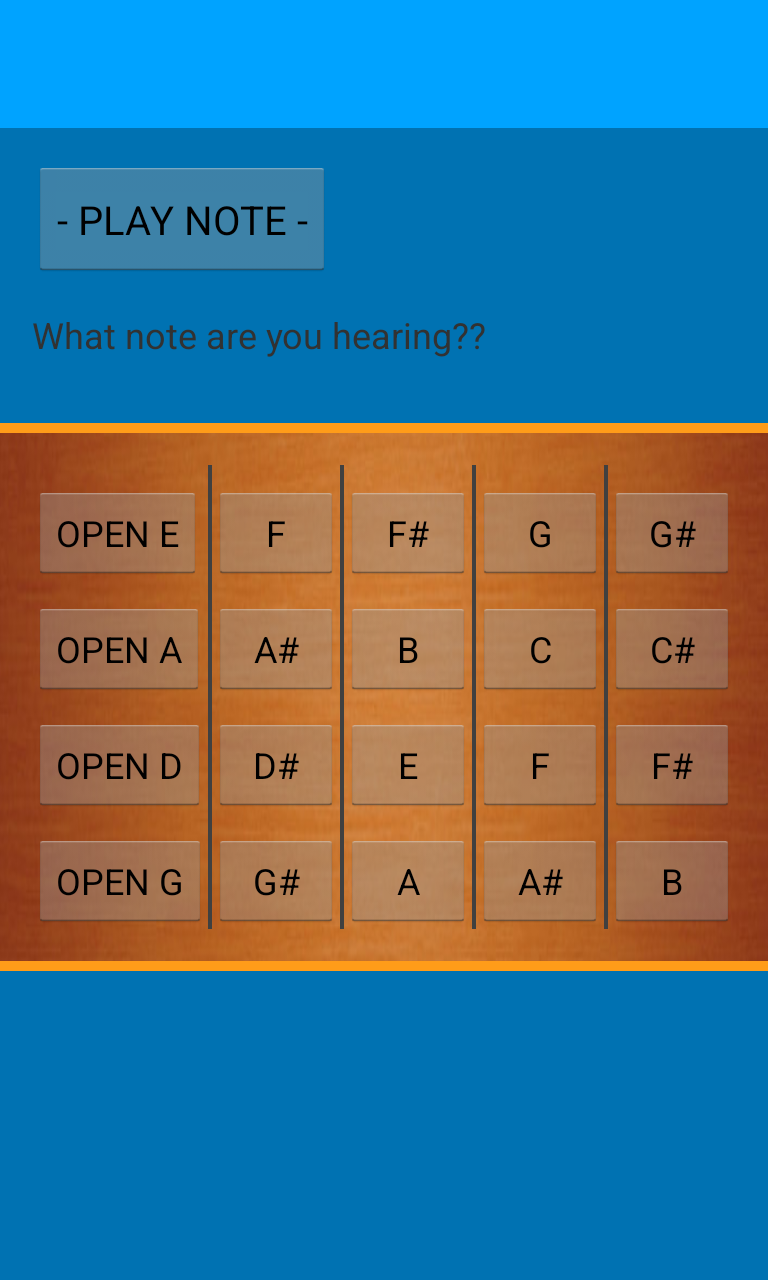
Repository: elliott-ribner/android-guitar-trainer
Layout: randomnotegenerator/res/layout/activity_main.xml
The author's editor kept a copy of each file at every save. The layout is drawn from the files as they stood at one save, then again after the next save.
It is drawn on a 768 x 1280 px phone screen (xhdpi) without system bars, with theme AppTheme; the app's code is not run.

Above is the layout before, as saved 2014-06-09 01:27:07.

### randomnotegenerator/res/layout/activity_main.xml
<LinearLayout xmlns:android="http://schemas.android.com/apk/res/android"
    xmlns:tools="http://schemas.android.com/tools"
    android:layout_width="match_parent"
    android:layout_height="match_parent"
    android:background="#0072B2"
    android:orientation="vertical"
    tools:context="com.elliott.randomnotegenerator.MainActivity$PlaceholderFragment" >


    <LinearLayout
        android:layout_width="fill_parent"
        android:layout_height="wrap_content"
        android:background="#00A3FF"

        android:paddingBottom="@dimen/activity_vertical_margin"
        android:paddingLeft="@dimen/activity_horizontal_margin"
        android:paddingRight="@dimen/activity_horizontal_margin"
        android:paddingTop="@dimen/activity_vertical_margin" >
           <LinearLayout
        android:layout_width="fill_parent"
        android:layout_height="wrap_content"
        android:background="@drawables/title"

        android:paddingBottom="@dimen/activity_vertical_margin"
        android:paddingLeft="@dimen/activity_horizontal_margin"
        android:paddingRight="@dimen/activity_horizontal_margin"
        android:paddingTop="@dimen/activity_vertical_margin" />
        </LinearLayout>
    <LinearLayout
        android:layout_width="fill_parent"
        android:layout_height="wrap_content"

        android:orientation="vertical"
        android:paddingBottom="@dimen/activity_vertical_margin"
        android:paddingLeft="@dimen/activity_horizontal_margin"
        android:paddingRight="@dimen/activity_horizontal_margin"
        android:paddingTop="@dimen/activity_vertical_margin" >

        <Button
            android:id="@+id/ButtonPlay"
            android:layout_width="wrap_content"
            android:layout_height="wrap_content"
            android:paddingBottom="@dimen/activity_vertical_margin"
            android:paddingTop="@dimen/activity_vertical_margin"
            android:text="@string/play"
            android:textSize="20sp" />

        <TextView
            android:id="@+id/promptBox"
            android:layout_width="wrap_content"
            android:layout_height="wrap_content"
            android:paddingBottom="@dimen/activity_vertical_margin"
            android:paddingTop="@dimen/activity_vertical_margin"
            android:text="@string/prompt"
            android:textSize="18sp" />
    </LinearLayout>
<LinearLayout
        android:layout_width="fill_parent"
        android:layout_height="5dip"
        android:background="#FF9C19"

        android:paddingBottom="@dimen/activity_vertical_margin"
        android:paddingLeft="@dimen/activity_horizontal_margin"
        android:paddingRight="@dimen/activity_horizontal_margin"
        android:paddingTop="@dimen/activity_vertical_margin" />

        <LinearLayout
            android:layout_width="fill_parent"
            android:layout_height="wrap_content"
             android:background="@drawable/background"
            android:orientation="horizontal"
            android:paddingBottom="@dimen/activity_vertical_margin"
        android:paddingLeft="@dimen/activity_horizontal_margin"
        android:paddingRight="@dimen/activity_horizontal_margin"
        android:paddingTop="@dimen/activity_vertical_margin"  >

            <LinearLayout
                android:layout_width="wrap_content"
                android:layout_height="wrap_content"
                android:orientation="vertical" >

                <Button
                    android:id="@+id/ButtonEL"
                    android:layout_width="wrap_content"
                    android:layout_height="wrap_content"
                    android:layout_marginTop="10dp"
                    android:text="@string/el" />

                <Button
                    android:id="@+id/ButtonAL"
                    android:layout_width="wrap_content"
                    android:layout_height="wrap_content"
                    android:layout_marginTop="10dp"
                    android:text="@string/al" />

                <Button
                    android:id="@+id/ButtonD"
                    android:layout_width="wrap_content"
                    android:layout_height="wrap_content"
                    android:layout_marginTop="10dp"
                    android:text="@string/d" />

                <Button
                    android:id="@+id/ButtonG"
                    android:layout_width="wrap_content"
                    android:layout_height="wrap_content"
                    android:layout_marginTop="10dp"
                    android:text="@string/g" />
            </LinearLayout>

            <View
                android:layout_width="2dip"
                android:layout_height="fill_parent"
                android:background="#404040" />

            <LinearLayout
                android:layout_width="wrap_content"
                android:layout_height="wrap_content"
                android:orientation="vertical" >

                <Button
                    android:id="@+id/ButtonFL"
                    android:layout_width="wrap_content"
                    android:layout_height="wrap_content"
                    android:layout_marginTop="10dp"
                    android:text="@string/fl" />

                <Button
                    android:id="@+id/ButtonASL"
                    android:layout_width="wrap_content"
                    android:layout_height="wrap_content"
                    android:layout_marginTop="10dp"
                    android:text="@string/asl" />

                <Button
                    android:id="@+id/ButtonDS"
                    android:layout_width="wrap_content"
                    android:layout_height="wrap_content"
                    android:layout_marginTop="10dp"
                    android:text="@string/ds" />

                <Button
                    android:id="@+id/ButtonGS"
                    android:layout_width="wrap_content"
                    android:layout_height="wrap_content"
                    android:layout_marginTop="10dp"
                    android:text="@string/gs" />
            </LinearLayout>

            <View
                android:layout_width="2dip"
                android:layout_height="fill_parent"
                android:background="#404040" />

            <LinearLayout
                android:layout_width="wrap_content"
                android:layout_height="wrap_content"
                android:orientation="vertical" >

                <Button
                    android:id="@+id/ButtonFSL"
                    android:layout_width="wrap_content"
                    android:layout_height="wrap_content"
                    android:layout_marginTop="10dp"
                    android:text="@string/fsl" />

                <Button
                    android:id="@+id/ButtonBL"
                    android:layout_width="wrap_content"
                    android:layout_height="wrap_content"
                    android:layout_marginTop="10dp"
                    android:text="@string/bl" />

                <Button
                    android:id="@+id/ButtonE"
                    android:layout_width="wrap_content"
                    android:layout_height="wrap_content"
                    android:layout_marginTop="10dp"
                    android:text="@string/e" />

                <Button
                    android:id="@+id/ButtonA"
                    android:layout_width="wrap_content"
                    android:layout_height="wrap_content"
                    android:layout_marginTop="10dp"
                    android:text="@string/a" />
            </LinearLayout>

            <View
                android:layout_width="2dip"
                android:layout_height="fill_parent"
                android:background="#404040" />

            <LinearLayout
                android:layout_width="wrap_content"
                android:layout_height="wrap_content"
                android:orientation="vertical" >

                <Button
                    android:id="@+id/ButtonGL"
                    android:layout_width="wrap_content"
                    android:layout_height="wrap_content"
                    android:layout_marginTop="10dp"
                    android:text="@string/gl" />

                <Button
                    android:id="@+id/ButtonC"
                    android:layout_width="wrap_content"
                    android:layout_height="wrap_content"
                    android:layout_marginTop="10dp"
                    android:text="@string/c" />

                <Button
                    android:id="@+id/ButtonF"
                    android:layout_width="wrap_content"
                    android:layout_height="wrap_content"
                    android:layout_marginTop="10dp"
                    android:text="@string/f" />

                <Button
                    android:id="@+id/ButtonAS"
                    android:layout_width="wrap_content"
                    android:layout_height="wrap_content"
                    android:layout_marginTop="10dp"
                    android:text="@string/as" />
            </LinearLayout>

            <View
                android:layout_width="2dip"
                android:layout_height="fill_parent"
                android:background="#404040" />

            <LinearLayout
                android:layout_width="wrap_content"
                android:layout_height="wrap_content"
                android:orientation="vertical" >

                <Button
                    android:id="@+id/ButtonGSL"
                    android:layout_width="wrap_content"
                    android:layout_height="wrap_content"
                    android:layout_marginTop="10dp"
                    android:text="@string/gsl" />

                <Button
                    android:id="@+id/ButtonCS"
                    android:layout_width="wrap_content"
                    android:layout_height="wrap_content"
                    android:layout_marginTop="10dp"
                    android:text="@string/cs" />

                <Button
                    android:id="@+id/ButtonFS"
                    android:layout_width="wrap_content"
                    android:layout_height="wrap_content"
                    android:layout_marginTop="10dp"
                    android:text="@string/fs" />

                <Button
                    android:id="@+id/ButtonB"
                    android:layout_width="wrap_content"
                    android:layout_height="wrap_content"
                    android:layout_marginTop="10dp"
                    android:text="@string/b" />
            </LinearLayout>

        </LinearLayout>

    <LinearLayout
        android:layout_width="fill_parent"
        android:layout_height="5dip"
        android:background="#FF9C19"

        android:paddingBottom="@dimen/activity_vertical_margin"
        android:paddingLeft="@dimen/activity_horizontal_margin"
        android:paddingRight="@dimen/activity_horizontal_margin"
        android:paddingTop="@dimen/activity_vertical_margin" />



         <LinearLayout
        android:layout_width="fill_parent"
        android:layout_height="wrap_content"
        android:orientation="vertical"

        android:paddingBottom="@dimen/activity_vertical_margin"
        android:paddingLeft="@dimen/activity_horizontal_margin"
        android:paddingRight="@dimen/activity_horizontal_margin"
        android:paddingTop="@dimen/activity_vertical_margin" >

        <TextView
            android:id="@+id/resultBox"
            android:layout_width="wrap_content"
            android:layout_height="wrap_content"
            android:text="@string/result"
            android:textSize="24sp" />
    </LinearLayout>

</LinearLayout>

### randomnotegenerator/res/values/strings.xml
<?xml version="1.0" encoding="utf-8"?>
<resources>

    <string name="app_name">Bass Guitar Ear Trainer</string>
    <string name="hello_world">Hello world!</string>
    <string name="action_settings">Settings</string>
	<string name="play">- PLAY NOTE -</string>
	<string name="prompt">What note are you hearing??</string>
	<string name="result"></string>
	<string name="c">C</string>
	<string name="cs">C#</string>
	<string name="d">OPEN D</string>
	<string name="ds">D#</string>
	<string name="e">E</string>
	<string name="f">F</string>
	<string name="fs">F#</string>
	<string name="g">OPEN G</string>
	<string name="gs">G#</string>
	<string name="a"> A</string>
	<string name="as">A#</string>
	<string name="b">B</string>
	<string name="el">OPEN E</string>
	<string name="fl">F</string>
	<string name="fsl">F#</string>
	<string name="gl">G</string>
	<string name="gsl">G#</string>
	<string name="al">OPEN A</string>
	<string name="asl">A#</string>
	<string name="bl">B</string>

</resources>

Loaded but not shown: randomnotegenerator/res/values/styles.xml (common file); randomnotegenerator/res/values-v11/styles.xml (common file); randomnotegenerator/res/values-v14/styles.xml (common file); randomnotegenerator/res/values/dimens.xml (common file); randomnotegenerator/res/values-w820dp/dimens.xml (common file)

After the next save:
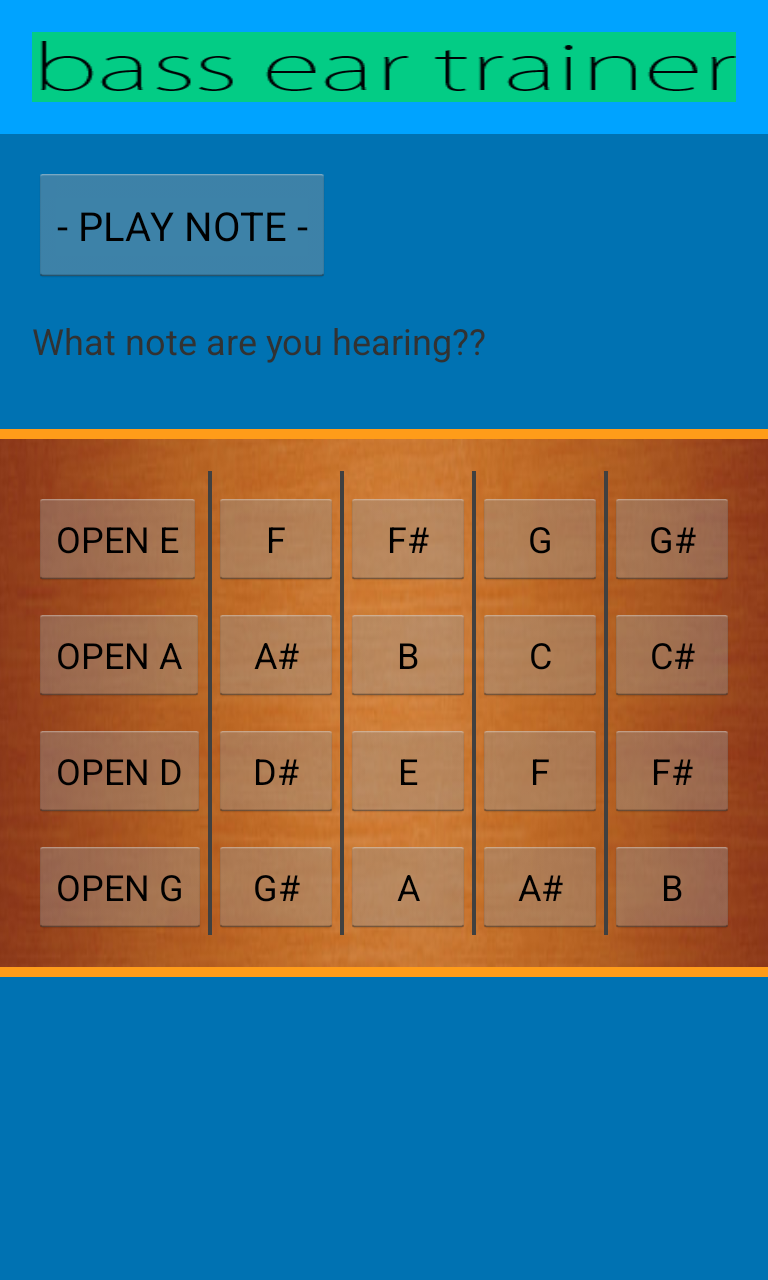
Saved 20 s later.
--- a/randomnotegenerator/res/layout/activity_main.xml
+++ b/randomnotegenerator/res/layout/activity_main.xml
@@ -19,7 +19,7 @@
            <LinearLayout
         android:layout_width="fill_parent"
         android:layout_height="wrap_content"
-        android:background="@drawables/title"
+        android:background="@drawable/title"
 
         android:paddingBottom="@dimen/activity_vertical_margin"
         android:paddingLeft="@dimen/activity_horizontal_margin"
